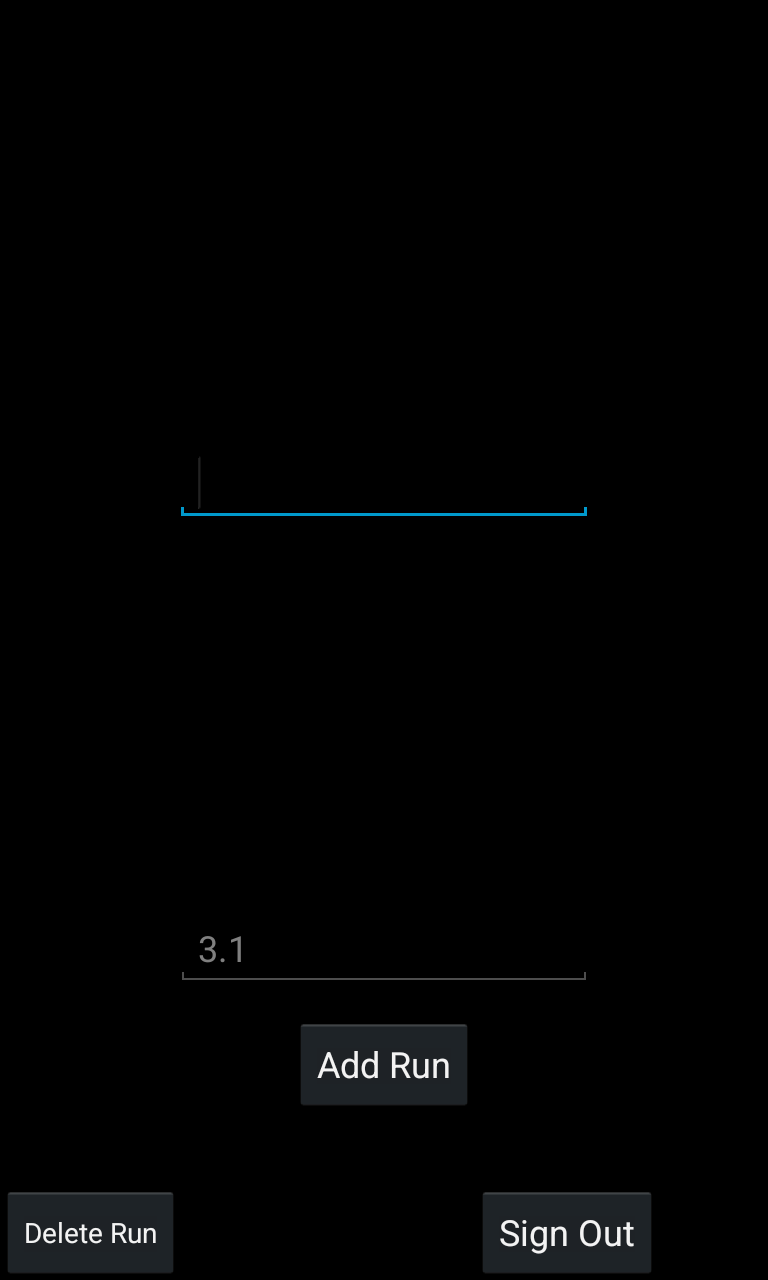
Repository: arianaantonio/CPMD
Layout: ContactsAppAndroid/res/layout/contacts_layout.xml
An editor plug-in stored every save of this project. The layout is shown before and after the next save, followed by the edit.
It is drawn on a 768 x 1280 px phone screen (xhdpi) without system bars, with theme android:Theme.Holo; the app's code is not run. Lists and similar views that code fills are empty.

Above is the layout before, as saved 2014-10-30 10:38:57.

### ContactsAppAndroid/res/layout/contacts_layout.xml
<?xml version="1.0" encoding="utf-8"?>
<RelativeLayout xmlns:android="http://schemas.android.com/apk/res/android"
    xmlns:tools="http://schemas.android.com/tools"
    android:layout_width="match_parent"
    android:layout_height="match_parent"
    android:orientation="vertical"
    tools:context="com.parse.starter.ContactsActivity" >

    <ListView
        android:id="@+id/listView1"
        android:layout_width="match_parent"
        android:layout_height="200dp"
        android:layout_alignParentTop="true"
        android:layout_centerHorizontal="true"
        android:layout_marginTop="22dp" >
    </ListView>

    <Button
        android:id="@+id/deleteButton"
        style="?android:attr/buttonStyleSmall"
        android:layout_width="wrap_content"
        android:layout_height="wrap_content"
        android:layout_alignParentBottom="true"
        android:layout_alignParentLeft="true"
        android:text="@string/delete" />

    <Button
        android:id="@+id/signoutButton"
        android:layout_width="wrap_content"
        android:layout_height="wrap_content"
        android:layout_alignParentBottom="true"
        android:layout_toRightOf="@+id/addButton"
        android:text="@string/signOut" />

    <EditText
        android:id="@+id/editText1"
        android:layout_width="wrap_content"
        android:layout_height="wrap_content"
        android:layout_below="@+id/listView1"
        android:layout_centerHorizontal="true"
        android:ems="10"
        android:inputType="date" >

        <requestFocus />
    </EditText>

    <EditText
        android:id="@+id/editText2"
        android:layout_width="wrap_content"
        android:layout_height="wrap_content"
        android:layout_above="@+id/addButton"
        android:layout_alignRight="@+id/editText1"
        android:layout_marginBottom="14dp"
        android:ems="10"
        android:hint="@string/distance"
        android:inputType="numberDecimal" />

    <Button
        android:id="@+id/addButton"
        android:layout_width="wrap_content"
        android:layout_height="wrap_content"
        android:layout_above="@+id/deleteButton"
        android:layout_centerHorizontal="true"
        android:layout_marginBottom="36dp"
        android:text="@string/add" />

</RelativeLayout>

### ContactsAppAndroid/res/values/strings.xml
<?xml version="1.0" encoding="utf-8"?>
<resources>
    <string name="hello">Hello World, ParseStarterProjectActivity!</string>
    <string name="app_name">Run Log</string>
    <string name="login">Log In</string>
    <string name="signup">Sign Up</string>
    <string name="skip">Skip</string>
    <string name="username">username</string>
    <string name="password">password</string>
    <string name="newUsername">Create Username</string>
    <string name="newPassword">Create Password</string>
    <string name="contacts">Runs</string>
    <string name="date">Date</string>
    <string name="distance">3.1</string>
    <string name="add">Add Run</string>
    <string name="delete">Delete Run</string>
    <string name="signOut">Sign Out</string>

</resources>

After the next save:
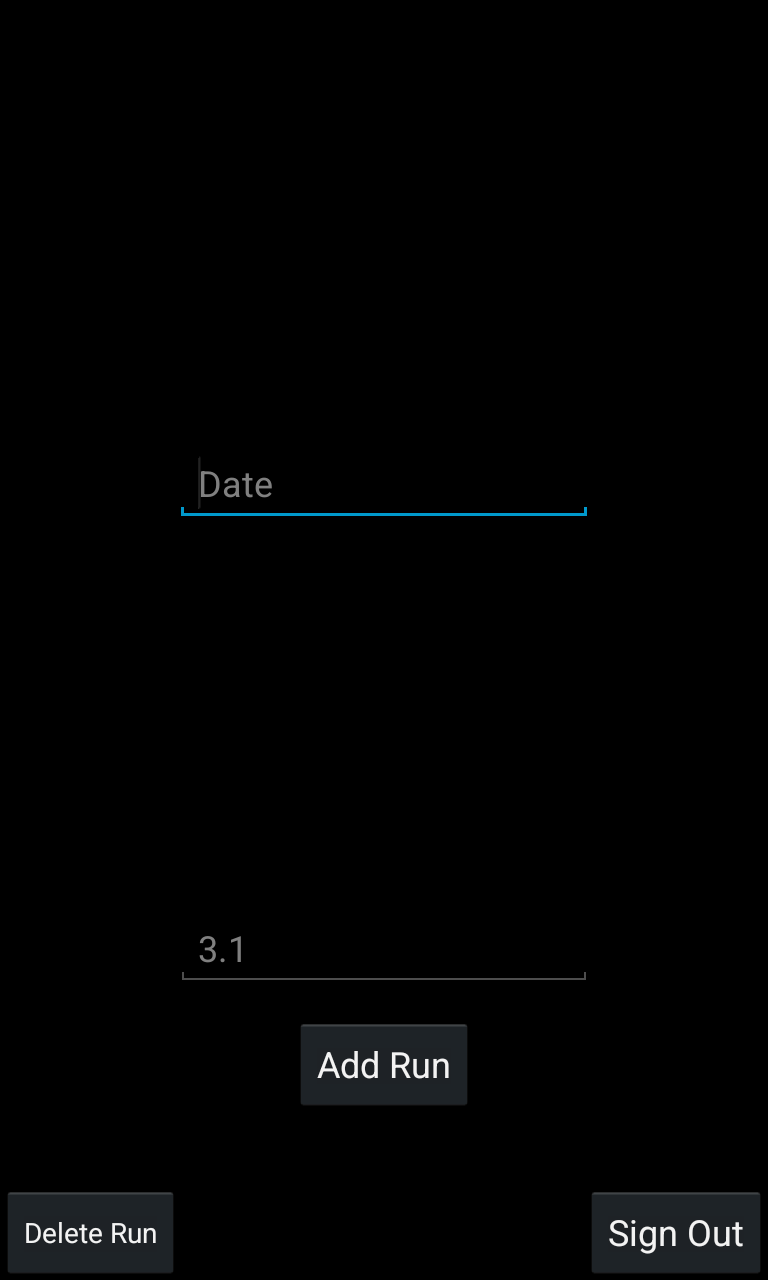
Saved 3 min 39 s later.
--- a/ContactsAppAndroid/res/layout/contacts_layout.xml
+++ b/ContactsAppAndroid/res/layout/contacts_layout.xml
@@ -24,14 +24,6 @@
         android:layout_alignParentLeft="true"
         android:text="@string/delete" />
 
-    <Button
-        android:id="@+id/signoutButton"
-        android:layout_width="wrap_content"
-        android:layout_height="wrap_content"
-        android:layout_alignParentBottom="true"
-        android:layout_toRightOf="@+id/addButton"
-        android:text="@string/signOut" />
-
     <EditText
         android:id="@+id/editText1"
         android:layout_width="wrap_content"
@@ -39,6 +31,7 @@
         android:layout_below="@+id/listView1"
         android:layout_centerHorizontal="true"
         android:ems="10"
+        android:hint="@string/date"
         android:inputType="date" >
 
         <requestFocus />
@@ -64,4 +57,12 @@
         android:layout_marginBottom="36dp"
         android:text="@string/add" />
 
+    <Button
+        android:id="@+id/signoutButton"
+        android:layout_width="wrap_content"
+        android:layout_height="wrap_content"
+        android:layout_alignParentBottom="true"
+        android:layout_alignParentRight="true"
+        android:text="@string/signOut" />
+
 </RelativeLayout>
